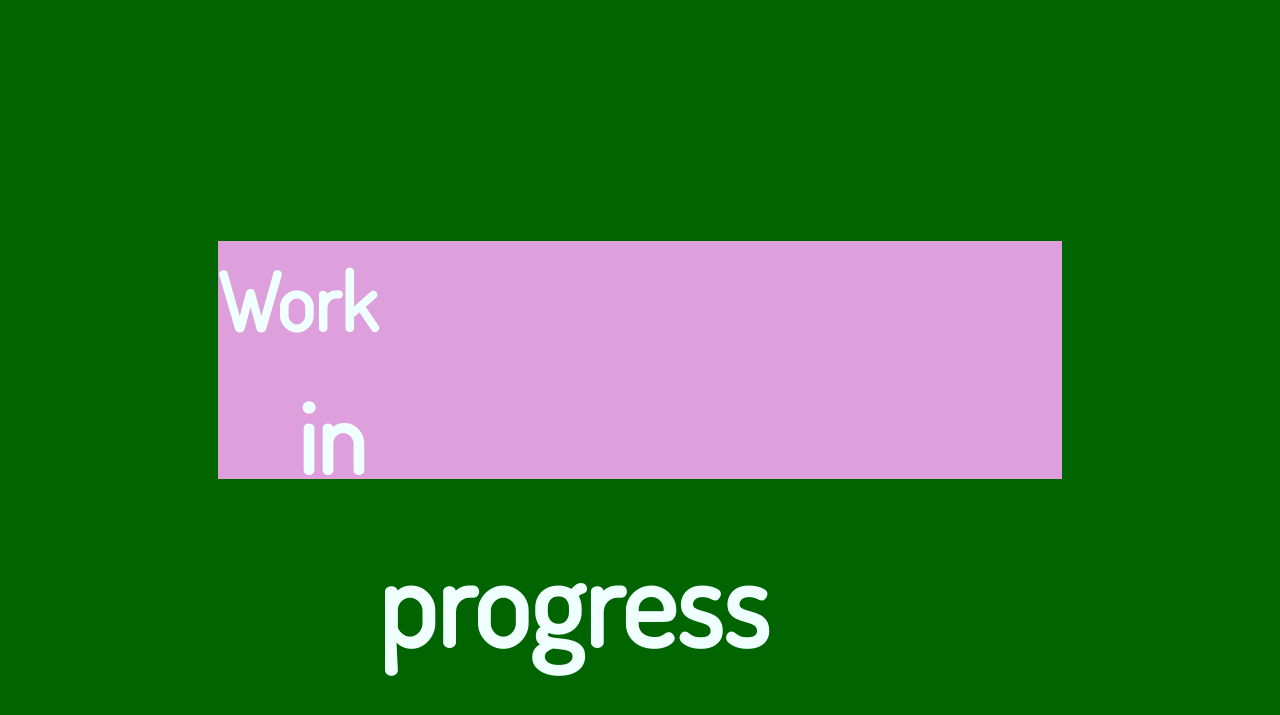
Repository: NollieChtn6/NollieChtn6.github.io
Page: index.html
The author's editor kept a copy of each file at every save. The page is drawn from the files as they stood at one save, then again after the next save.
The browser window is 1280 px wide. The pictures show the whole page.

Above is the page before, as saved 2023-11-10 18:21:28.

### index.html

<!DOCTYPE html>

<html lang="fr">

<head>
  <meta charset="utf-8">
  <meta name="viewport" content="width=device-width">
  <link href="css/reset.css" rel="stylesheet">
  <link href="css/style.css" rel="stylesheet">
  <link
    href="https://fonts.googleapis.com/css2?family=Dosis&display=swap"
    rel="stylesheet">
  <title>Portfolio</title>
</head>

<body>

  <main class="main__container">

    <div class="main__content">

      <h1 class="main__title">
        <span class="main__title main__title--level-1">
          Work
        </span>
        <span class="main__title main__title--level-2">
          in
        </span>
        <span class="main__title main__title--level-3">
          progress
        </span>
      </h1>

    </div>

  </main>

</body>

</html>

### css/style.css
/* VARIABLES */

/* :root {

} */


/* GÉNÉRAL */

* {
  box-sizing: border-box;
}

html {
  font-size: 62.5%;
}

body {
  display: flex;
  flex-direction: column;
  height: 100vh;
  min-height: 100vh;
}

h1 {
  font-family: 'Dosis', sans-serif;
}


/* MAIN  */

.main__container {
  display: flex;
  flex-direction: column;
  background-color: antiquewhite;
  height: 100vh;
  width: 100vw;
}

.main__content {
  display: flex;
  flex-direction: column;
  background-color:darkgreen;
  height: 100vh;
  width: 100vw;
  margin-top: auto;
  /* padding: 5rem 0rem 0rem 8rem; */
  /* justify-content: center; */
  /* align-items: center; */
  /* padding-top: 8rem;
  padding-left: 4rem;; */

}

h1 {
  display: flex;
  flex-direction: column;
  width: 66vw;
  height: 33vh;
  margin: auto;
  font-size: 8rem;
  background-color: plum;
  color: azure;
  justify-content: space-between;
}

.main__title--level-1 {
  align-self: start;

}

.main__title--level-2 {
  /* align-self: center; */
  font-size: 10rem;
  padding-left: 8rem;
}

.main__title--level-3 {
  /* align-self: end; */
  font-size: 12rem;
  padding-left: 16rem;
}

Loaded but not shown: css/reset.css (common file)

After the next save:
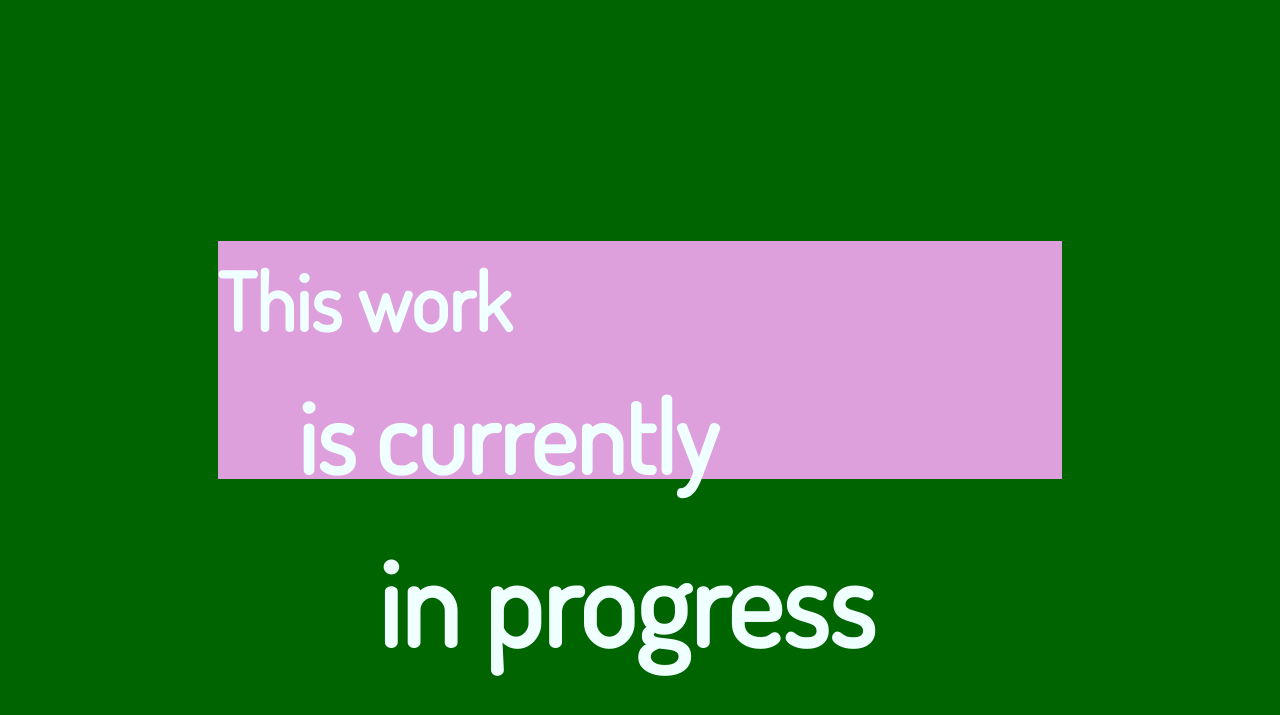
Saved 27 s later.
--- a/index.html
+++ b/index.html
@@ -22,13 +22,13 @@
 
       <h1 class="main__title">
         <span class="main__title main__title--level-1">
-          Work
+          This work
         </span>
         <span class="main__title main__title--level-2">
-          in
+          is currently
         </span>
         <span class="main__title main__title--level-3">
-          progress
+          in progress
         </span>
       </h1>
 
